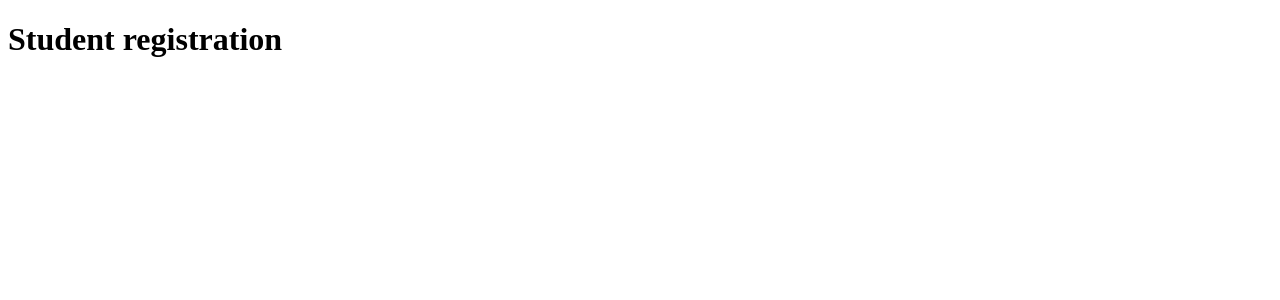
Repository: priyankagit8692/Phase_2_SimpliLearn-
Page: http://localhost/LearnerAcademyProject/AddStudent.jsp
An editor plug-in stored every save of this project. The page is shown before and after the next save, followed by the edit.
The browser window is 1280 px wide. The pictures show the whole page.
The page is served by Tomcat 9.

Above is the page before, as saved 2021-03-18 05:24:29.

After the next save:
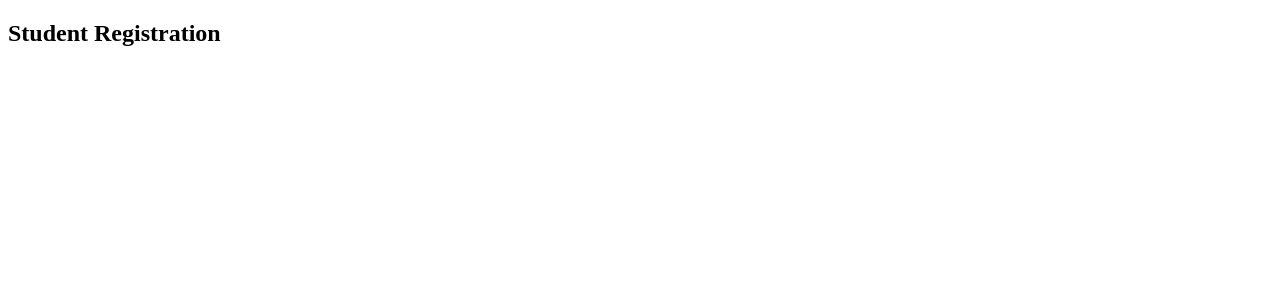
Saved 9 s later.
--- a/FinalProjectPhase2/LearnerAcademyProject/WebContent/AddStudent.jsp
+++ b/FinalProjectPhase2/LearnerAcademyProject/WebContent/AddStudent.jsp
@@ -7,6 +7,6 @@
 <title>Add student</title>
 </head>
 <body>
-<h1>Student registration</h1>
+<h2>Student Registration</h2>
 </body>
 </html>
